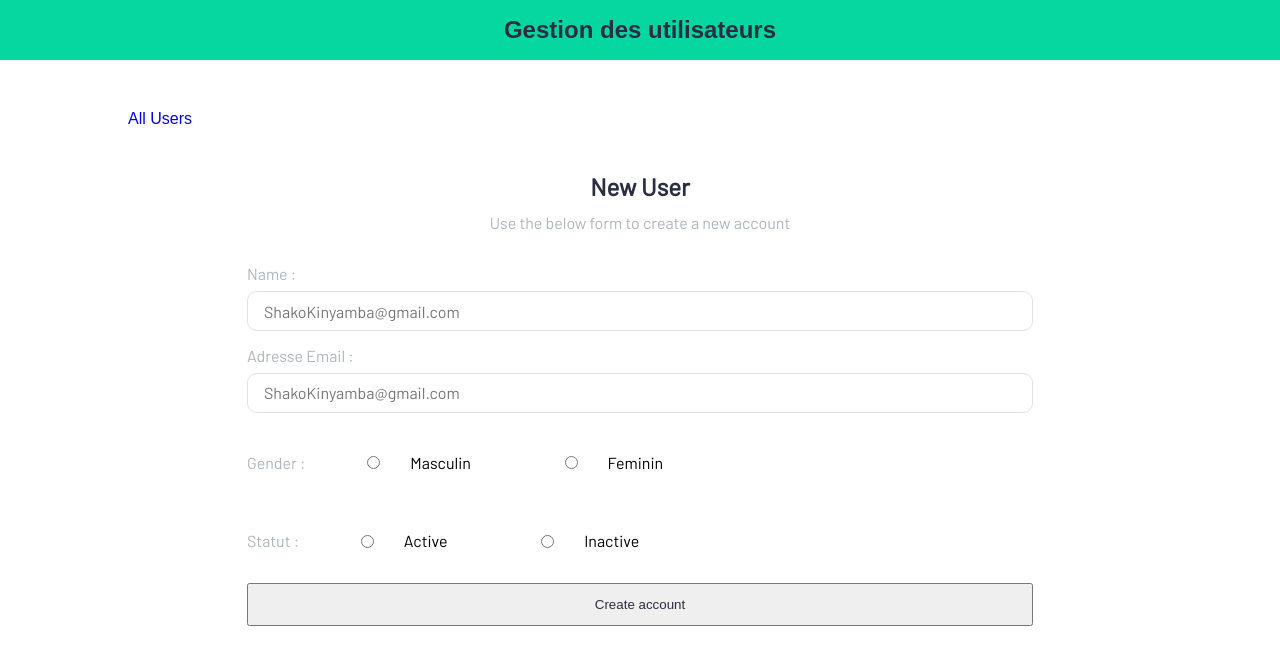
Repository: SKB-TECH/CrudMren
Page: add-user.html
The author's editor kept a copy of each file at every save. The page is drawn from the files as they stood at one save, then again after the next save.
The browser window is 1280 px wide. The pictures show the whole page.
Some web fonts or font styles are not loaded; a fallback is used.

Above is the page before, as saved 2022-10-11 14:09:37.

### add-user.html
<!DOCTYPE html>
<html lang="en">

<head>
    <meta charset="UTF-8">
    <meta http-equiv="X-UA-Compatible" content="IE=edge">
    <meta name="viewport" content="width=device-width, initial-scale=1.0">
    <link rel="stylesheet" href="https://cdnjs.cloudflare.com/ajax/libs/font-awesome/6.2.0/css/all.min.css"
        integrity="sha512-xh6O/CkQoPOWDdYTDqeRdPCVd1SpvCA9XXcUnZS2FmJNp1coAFzvtCN9BmamE+4aHK8yyUHUSCcJHgXloTyT2A=="
        crossorigin="anonymous" referrerpolicy="no-referrer" />
    <link rel="stylesheet" href="./assets/css/style.css">
    <title>CRUD APPLICATION</title>
</head>

<body>
    <!-- Header -->
    <header id="header">
        <nav>
            <div class="container">
                <div class="text-center">
                    <a href="/" class="nav-brand text-dark">Gestion des utilisateurs</a>
                </div>
            </div>
        </nav>
    </header>
    <!-- /Header -->
    <!-- Main  -->
    <main id="site-main">
        <div class="container">
            <div class="box-nav d-flex-justify=between ">
                <div class="filteer">
                    <a href="/">All Users</a>
                </div>
            </div>

            <div class="form-title text-center">
                <h2 class="text-dark">New User</h2>
                <span class="text-light">Use the below form to create a new account</span>
            </div>

            <!-- Form handling -->
             <form action="" method="POST" id="update_user">
                <div class="new_user">
                    <!-- nom de l'utilisateur -->
                    <div class="form-group">
                        <label for="name" class="text-light">Name : </label>
                        <input type="hidden" name="id" value="">
                        <input type="text" name="name" placeholder="ShakoKinyamba@gmail.com">
                    </div>
                    <!-- adresse mail -->
                    <div class="form-group">
                        <label for="name" class="text-light">Adresse Email : </label>
                        <input type="text" name="email" placeholder="ShakoKinyamba@gmail.com">
                    </div>
                    <!-- Sexe de l'agent -->
                    <div class="form-group">
                        <label for="name" class="text-light">Gender : </label>
                        <div class="radio inline">
                            <input type="radio" name="gender" value="Masculin" class="radio">
                            <label for="gender" class="radio-label">Masculin</label>
                        </div>

                        <div class="radio inline">
                            <input type="radio" name="gender" value="Feminin" class="radio">
                            <label for="gender" class="radio-label">Feminin</label>
                        </div>
                    </div>

                    <!-- le statut -->
                    <div class="form-group">
                        <label for="name" class="text-light">Statut : </label>
                        <div class="radio inline">
                            <input type="radio" name="statut" value="Active" class="radio">
                            <label for="statut" class="radio-label">Active</label>
                        </div>

                        <div class="radio inline">
                            <input type="radio" name="statut" value="Inactive" class="radio">
                            <label for="statut" class="radio-label">Inactive</label>
                        </div>
                    </div>
                    <!-- fin Statut -->

                    <!-- Submit -->
                    <div class="form-group">
                        <button type="submit" class="btn text-dark update">Create account</button>
                    </div>
                </div>
             </form>
            <!-- /Form handling -->
        </div>
    </main>
    <!-- /Main -->
</body>

</html>

### assets/css/style.css
@import url('https://fonts.googleapis.com/css2?family=Barlow&family=PT+Sans&display=swap');

/* font-family: 'Barlow', sans-serif;
font-family: 'PT Sans', sans-serif; */

:root {
    --dark: #2b2d42;
    --light: #adb5bd;
    --border: #dee2e6;
    --border-btn: #edf2f4
}

* {
    padding: 0;
    margin: 0;
    box-sizing: border-box;
}

a {
    text-decoration: none;
    font-family: 'PT Sans', sans-serif;
}

.container {
    max-width: 1024px;
    margin: auto;
}

.nav-brand {
    font-size: 1.5em;
    font-weight: bold;
}

.d-flex {
    display: flex;
    flex-wrap: wrap;
}

.justify-between {
    justify-content: space-between;
}

.text-center {
    text-align: center;
}

.border-btn {
    border: 1px solid var(--border-btn);
    box-shadow: 1px 3px 10px #e9ecef;
}

.text-dark {
    color: var(--dark);
}

.inline {
    display: inline-block;
}

.text-light {
    color: var(--light)
}

#header nav {
    background-color: #06d6a0;
    padding: 1em 0;
    width: 100%;
}

#site-main {
    margin-top: 3em;
    font-family: 'Barlow', 'Sans-serif';
}

#site-main .container .box-nav>a {
    font-size: 1em;
    padding: 5em 1em;
}

#site-main .container form {
    margin: 2em 0;
}

table {
    border-spacing: 0px;
    width: 100%;
}

.table td,
.table th {
    padding: .75em;
    vertical-align: top;
    text-align: center;
    border-top: 1px solid var(--border);
}

.table td>a.btn {
    padding: 3em 1em;
    font-size: 1.1em;
    margin: 0.2em;
}

.table tr:hover {
    background-color: var(--border);
}

.table td:hover td>a {
    box-shadow: none;
}

.table .thead-dark th {
    color: #fff;
    background-color: var(--dark);
    border-color: #32383e;
}

.form-title {
    margin-top: 2em;
}

.form-title>h2 {
    padding: .5em 0;
}

.new_user {
    max-width: 786px;
    margin: auto;
}

#update_user .form-group,
#add_user .form-group {
    margin: .4em 0;
}

#update_user .form-group input[type="text"],
#add_user .form-group input[type="text"] {
    width: 100%;
    padding: .6em 1em;
    margin: .5em 0;
    border: 1px solid var(--border);
    font-size: 1em;
    font-family: 'Barlow', sans-serif;
    border-radius: .6em;
}

#update_user .form-group .radio,
#add_user .form-group .radio {
    margin: 1em 2em;
}

.radio input[text='radio']+.radio-label:before {
    content: "";
    background: var(--border-btn);
    border-radius: 100%;
    border: 1px solid var(--border);
    display: inline-block;
    width: 1em;
    height: 1em;
    position: relative;
    top: -0em;
    margin-right: .5em;
    vertical-align: top;
    cursor: pointer;
    text-align: center;
    -webkit-transform: all 250ms ease;
    transition: all 250ms ease;
}

.radio input[text='radio']:checked+.radio-label:before {
    background-color: #16db93;
    box-shadow: inset 0 0 0 4px #e9ecef;
}

.radio input[text='radio']:focus+ .radio-label:before {
  outline: none;
  border-color: #16db93;
}

#update_user .form-group .btn,
#add_user .form-group .btn{
    width: 100%;
    padding: .9em;
}

After the next save:
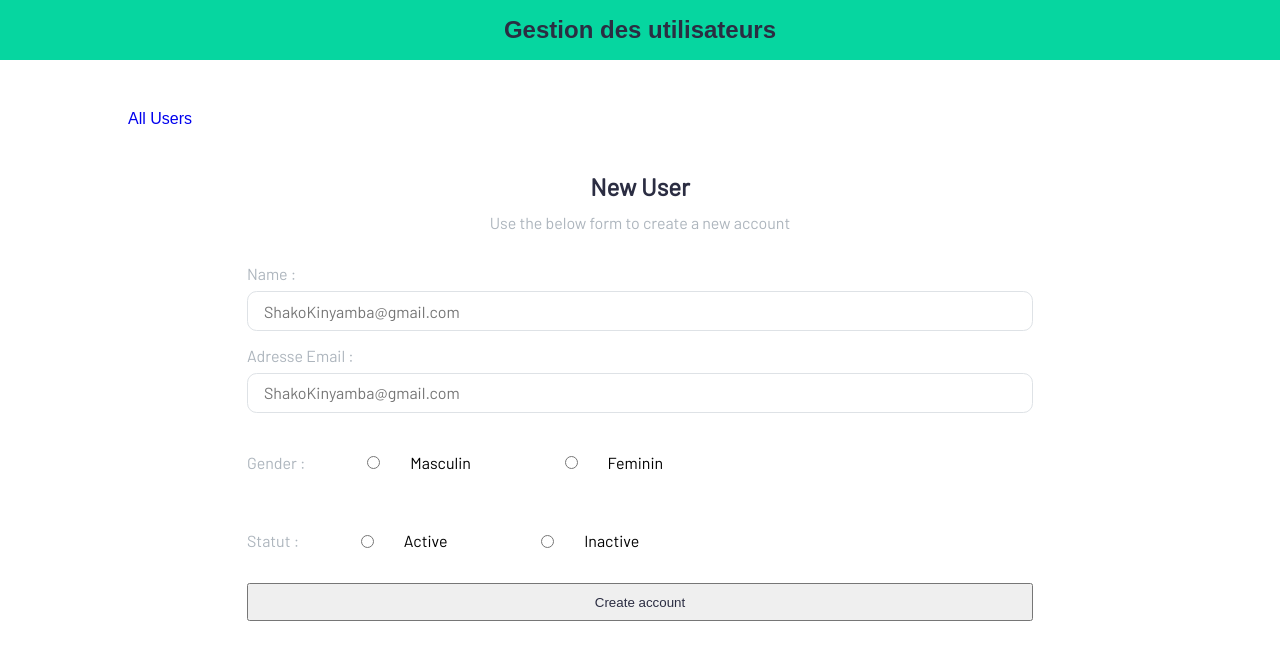
Saved 6 s later.
--- a/assets/css/style.css
+++ b/assets/css/style.css
@@ -179,5 +179,5 @@ table {
 #update_user .form-group .btn,
 #add_user .form-group .btn{
     width: 100%;
-    padding: .9em;
+    padding: .7em;
 }
